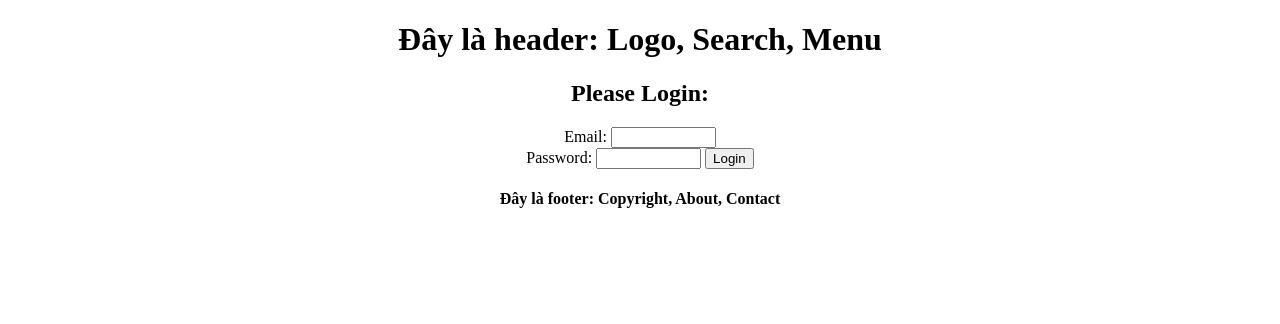
Repository: tranky1992/tranky1992.github.io
Page: http://localhost/BookStoreWebsite/frontend/login.jsp
An editor plug-in stored every save of this project. The page is shown before and after the next save, followed by the edit.
The browser window is 1280 px wide. The pictures show the whole page.
The page is served by Tomcat 9.

Above is the page before, as saved 2020-10-01 11:43:33.

After the next save:
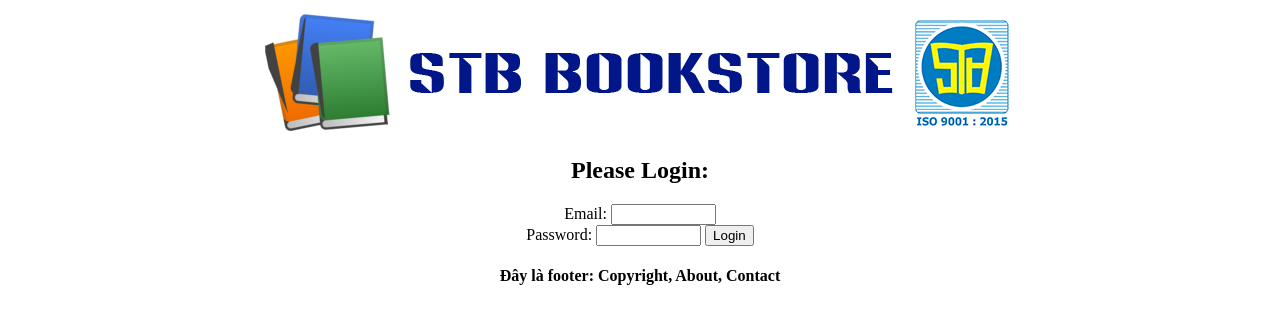
Saved 2 h 39 min later.
--- a/BookStoreWebsite/WebContent/frontend/header.jsp
+++ b/BookStoreWebsite/WebContent/frontend/header.jsp
@@ -1,4 +1,6 @@
 <%@ page language="java" contentType="text/html; charset=UTF-8" pageEncoding="UTF-8"%>
 <div align="center">
-		<h1>Đây là header: Logo, Search, Menu</h1>
+		<div>
+			<img src="images/BookstoreLogo.png">
+		</div>
 </div>
